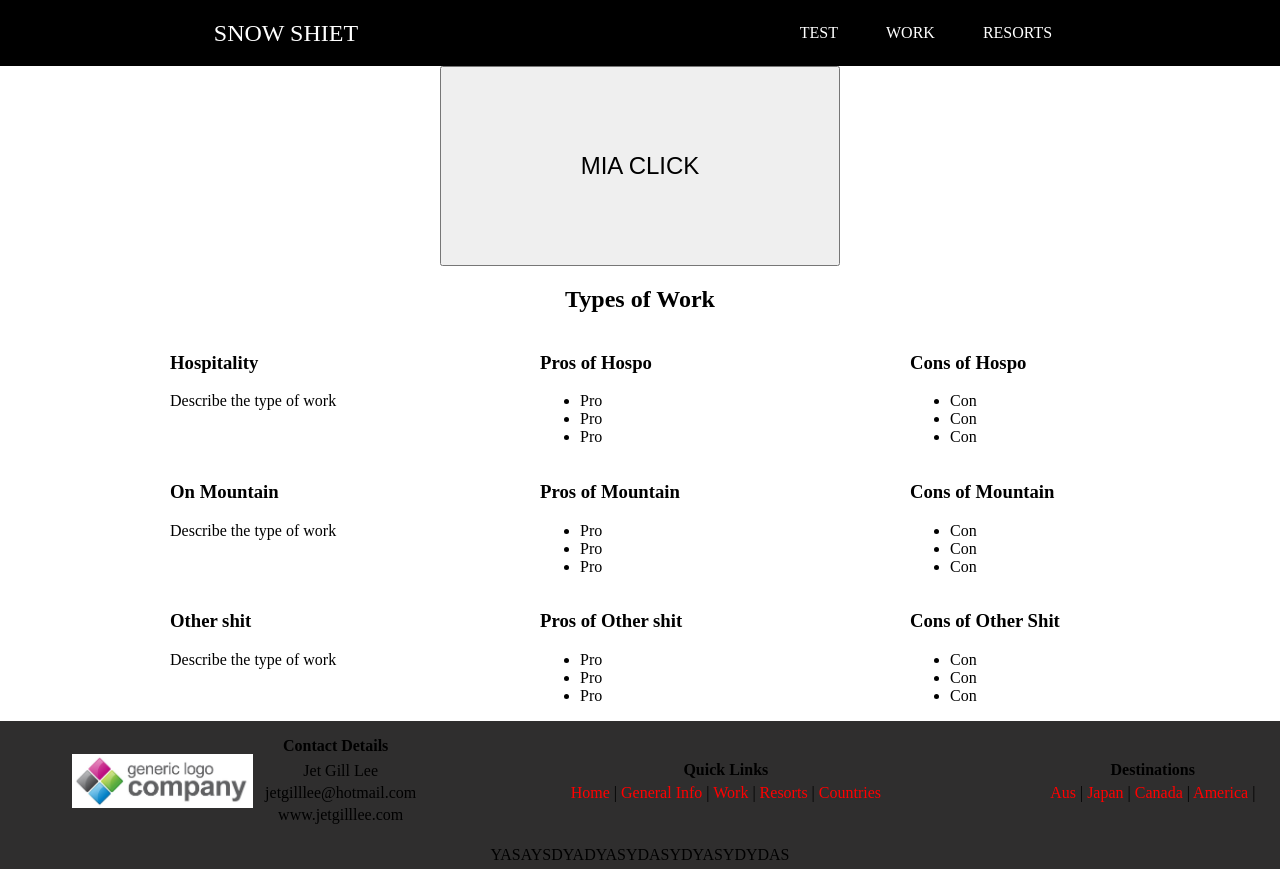
Repository: Jet-Gill-Lee/SnowSite
Page: work-overview.html
An editor plug-in stored every save of this project. The page is shown before and after the next save, followed by the edit.
The browser window is 1280 px wide. The pictures show the whole page.

Above is the page before, as saved 2021-07-25 00:13:51.

After the next save:
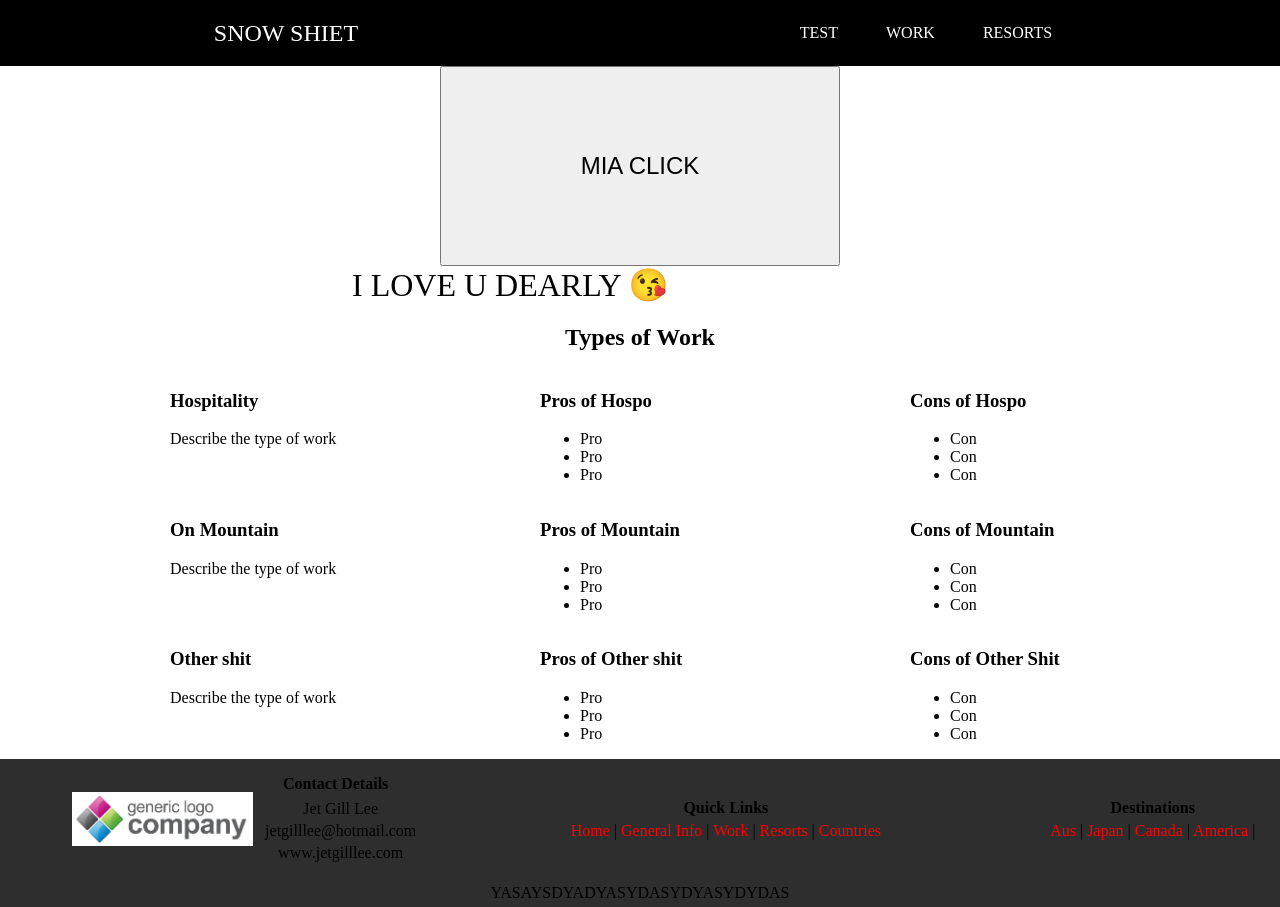
Saved 20 s later.
--- a/work-overview.html
+++ b/work-overview.html
@@ -27,7 +27,7 @@
     </div>
   </div>
   <button id="brodie-button" style='width:400px;height:200px;margin:auto;display:block;font-size:x-large'>MIA CLICK</button>
-  <div class="hero-text" style='font-size:xx-large;text-align:center;'>I LOVE U DEARLY 😘</div>
+  <div class="hero-text" style='font-size:xx-large;display:block;margin:auto;'>I LOVE U DEARLY 😘</div>
 <!-- MAIN -->
   <div id="page-main">
     <div id="main-info">
